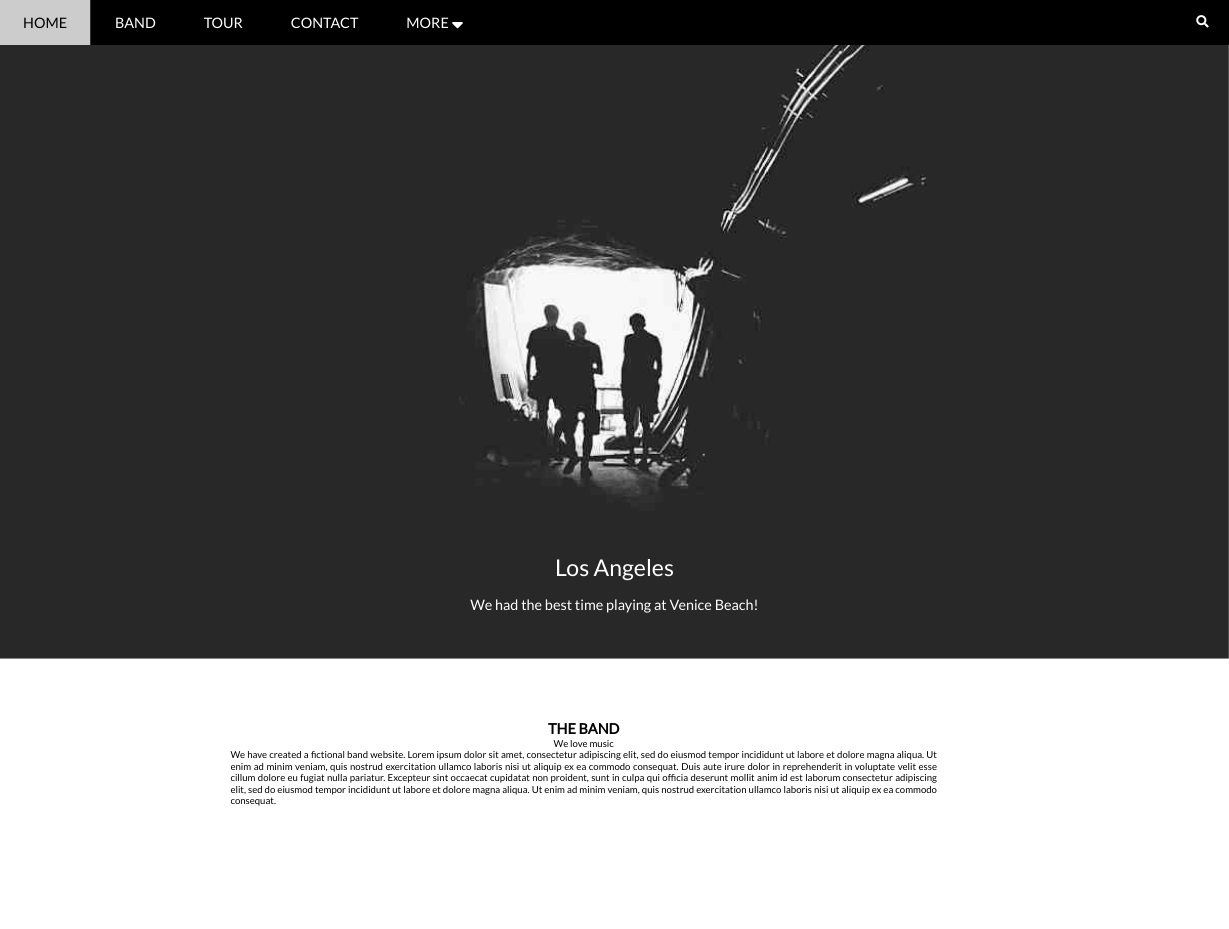
Repository: nguyenthaicong265/w3-band
Page: index.html
An editor plug-in stored every save of this project. The page is shown before and after the next save, followed by the edit.
The browser window is 1280 px wide. The pictures show the whole page, at 96% of full size.

Above is the page before, as saved 2021-12-28 16:38:44.

### index.html
<!DOCTYPE html>
<html lang="en">
<head>
    <meta charset="UTF-8">
    <meta http-equiv="X-UA-Compatible" content="IE=edge">
    <meta name="viewport" content="width=device-width, initial-scale=1.0">
    <title>Document</title>
    <link rel="stylesheet" href="./assets/css/styles.css">
    <link rel="stylesheet" href="https://fonts.googleapis.com/css?family=Lato">
    <link rel="stylesheet" href="./assets/font/themify-icons-font/themify-icons/themify-icons.css">
    <link rel="stylesheet" href="./assets/font/fontawesome-free-5.15.4-web/css/all.css">
</head>
<body>
    <div id="main">
        <div id="header">
            <ul id="nav">
                <li><a href="">Home</a></li>
                <li><a href="">Band</a></li>
                <li><a href="">Tour</a></li>
                <li><a href="">Contact</a></li>
                <li>
                    <a href="#">
                        More
                        <i class="fas fa-sort-down"></i>
                    </a>
                    <ul class="subnav">
                        <li><a href="#">Merchandise</a></li>
                        <li><a href="#">Extras</a></li>
                        <li><a href="#">Media</a></li>
                    </ul>
                </li>
            </ul>
            <div class="search-button">
                <i class="fas fa-search"></i>
            </div>
        </div>

        <div id="slider">
            <div class="text-content">
                <h2 class="text-head">Los Angeles
                </h2>
                <div class="text-description">We had the best time playing at Venice Beach!
                </div>
            </div>
        </div>

        <div id="content">
            <div class="content-section">
                <h2 class="section-heading">
                THE BAND
                </h2>
                <p class="section-sub-heading">
                We love music
                </p>
                <p class="about-text">We have created a fictional band website. Lorem ipsum dolor sit amet, consectetur adipiscing elit, sed do eiusmod tempor incididunt ut labore et dolore magna aliqua. Ut enim ad minim veniam, quis nostrud exercitation ullamco laboris nisi ut aliquip ex ea commodo consequat. Duis aute irure dolor in reprehenderit in voluptate velit esse cillum dolore eu fugiat nulla pariatur. Excepteur sint occaecat cupidatat non proident, sunt in culpa qui officia deserunt mollit anim id est laborum consectetur adipiscing elit, sed do eiusmod tempor incididunt ut labore et dolore magna aliqua. Ut enim ad minim veniam, quis nostrud exercitation ullamco laboris nisi ut aliquip ex ea commodo consequat.
                </p>

            </div>

            <div class="content-section">

            </div>

            <div class="content-section">

            </div>
        </div>

        <div id="footer">

        </div>
    </div>
</body>
</html>

### assets/css/styles.css
/* Reset CSS */
* {
    padding: 0;
    margin: 0;
    box-sizing: border-box;
}

html {
    font-family: "Lato", sans-serif;
    font-size: 62.5%;
}

#main {

}

#header {
    position: fixed;
    top: 0;
    left: 0;
    right: 0;
    height: 46.5px;
    background-color: #000000;
    z-index: 1;
}

#header .search-button {
    float: right;
    padding: 0 21px;
}

#header .search-button:hover {
    cursor: pointer;
    background-color: #f44336!important;
}

#header .fa-search {
    color: #ffffff;
    font-size: 13px;
    line-height: 46px;
}

#nav, .subnav {
    display: inline-block;
    list-style-type: none;
}

#nav > li {
    display: inline-block;
}

#nav li {
    position: relative;
}

#nav > li > a {
    color: #ffffff;
    text-transform: uppercase;
}

#nav li a {
    text-decoration: none;
    line-height: 46.5px;
    padding: 0px 24px;
    font-size: 1.5rem;
    display: block;
}

#nav .fa-sort-down {
    font-size: 20px;
}

#nav li:hover .subnav {
    display: block;

}

#nav > li:hover > a,
#nav .subnav li:hover a {
    color: #000 !important;
    background-color: #ccc !important;
}

#nav .subnav {
    display: none;
    position: absolute;
    min-width: 160px;
    top: 46.5px;
    background-color: #ffffff;
    box-shadow: 0 0 10px rgba(0, 0, 0, 0.3);
}

#nav .subnav a {
    color: #000;
    padding: 0 12px;
    line-height: 38px;
}

#slider {
    position: relative;
    margin-top: 46px;
    padding-top: 50%;
    background: url(/assets/img/slider/slider1.jpg) top center / cover no-repeat;
}

#slider .text-content {
    position: absolute;
    color:#ffffff;
    bottom: 48px;
    width: 100%;
    text-align: center;
}

#slider .text-head {
    font-weight: 100;
    font-size: 24px;
    margin-bottom: 10px;
}
#slider .text-description {
    font-size: 15px;
    margin-top: 15px;
}

#content {

}

#content .content-section {
    width: 800px;
    margin-left: auto;
    margin-right: auto;
    padding: 64px 64px 0 0 ;

}

#content .section-heading,
#content .section-sub-heading {
    text-align: center;
}

#content .about-text {
    text-align: justify;
}

#footer {

}

Loaded but not shown: assets/font/themify-icons-font/themify-icons/themify-icons.css (common file); assets/font/fontawesome-free-5.15.4-web/css/all.css (library)

After the next save:
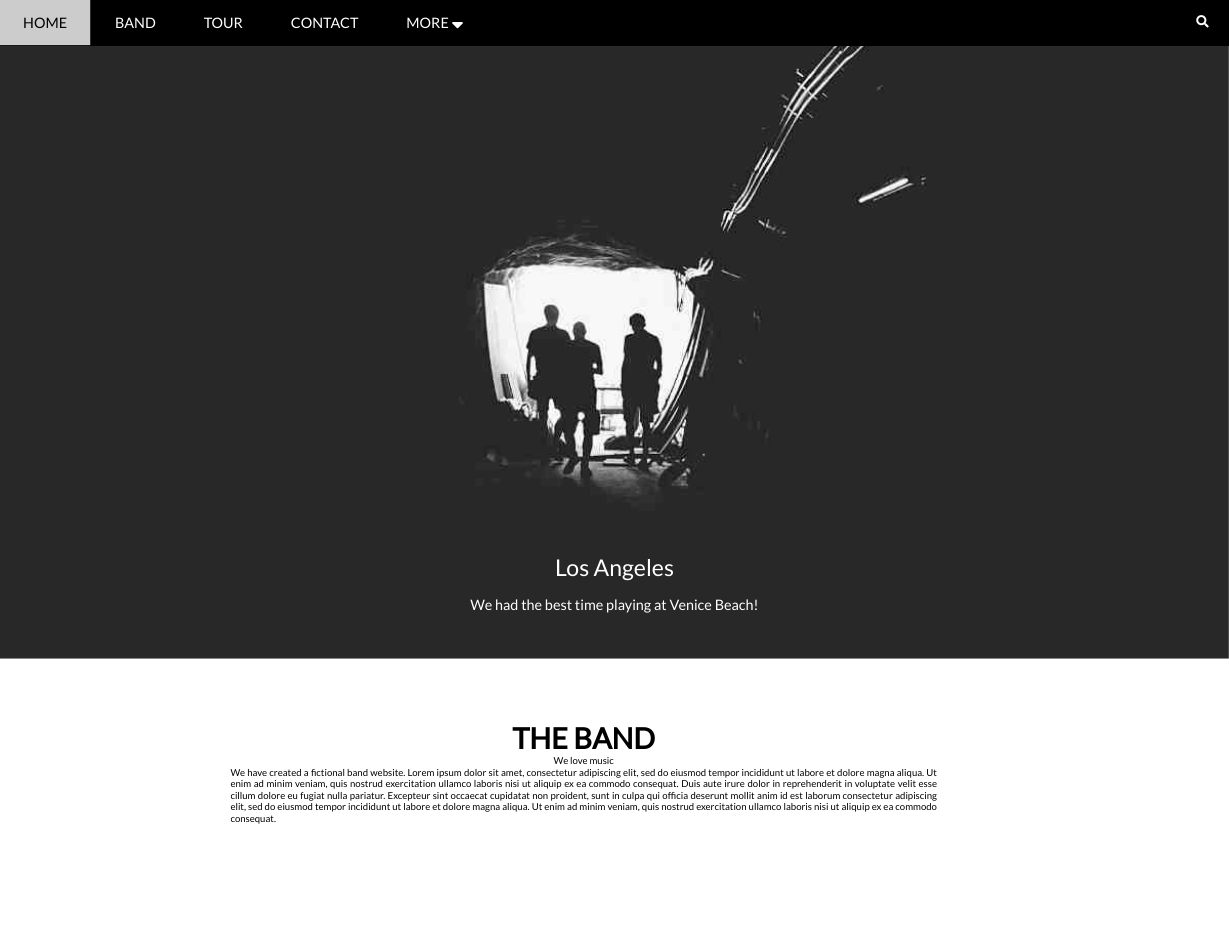
Saved 52 s later.
--- a/assets/css/styles.css
+++ b/assets/css/styles.css
@@ -133,6 +133,10 @@ html {
 
 }
 
+#content .section-heading {
+    font-size: 30px;
+}
+
 #content .section-heading,
 #content .section-sub-heading {
     text-align: center;
